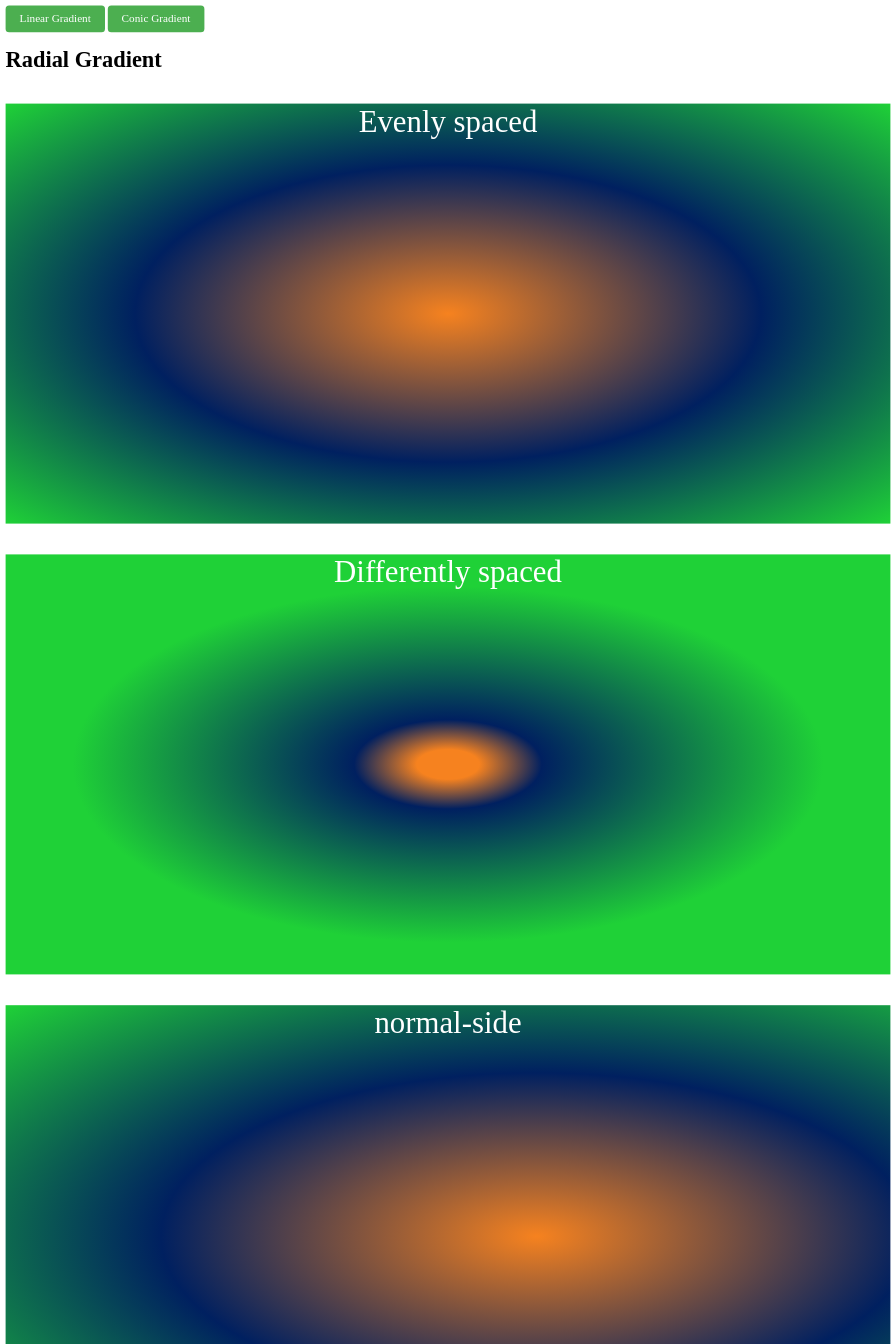
Repository: Pema-yangki/Css
Page: color.html
These files come from the project's save history. The page is drawn as it stood at one moment and after the next save; the edit follows.
The browser window is 1280 px wide. The pictures show the part of the page from y = 0 to 1920 px (the page is 4620 px tall), at 70% of full size.

Above is the page before, as saved 2024-03-27 10:21:12.

After the next save:
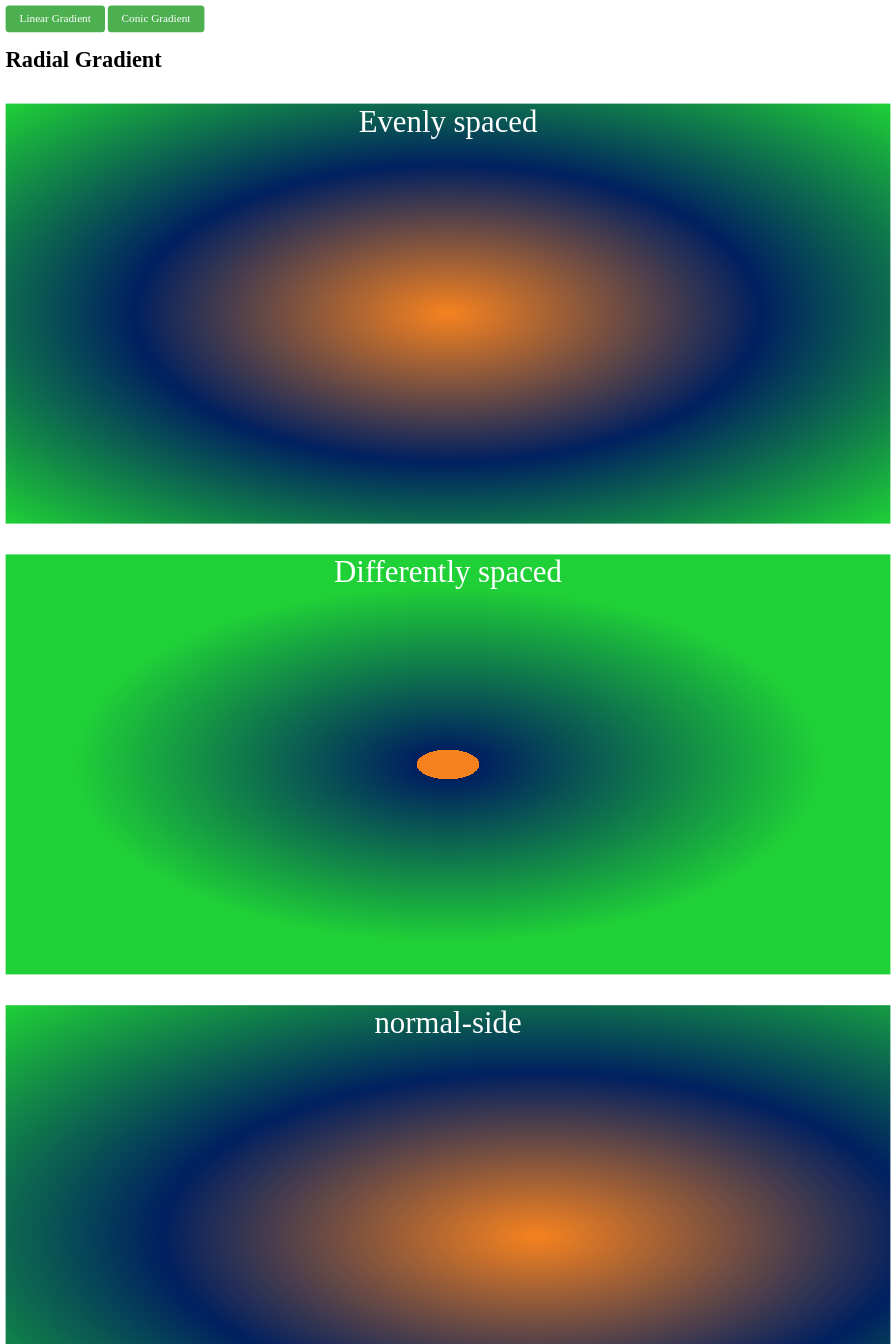
Saved 40 s later.
--- a/color.html
+++ b/color.html
@@ -71,7 +71,7 @@
 }
 .differentlyspaced {
     background-image: radial-gradient(#f6821f
-5%,#002060 15%,#1fd137 60%);
+5%,#002060 5%,#1fd137 60%);
 height: 600px;
 
 }

After the save that followed:
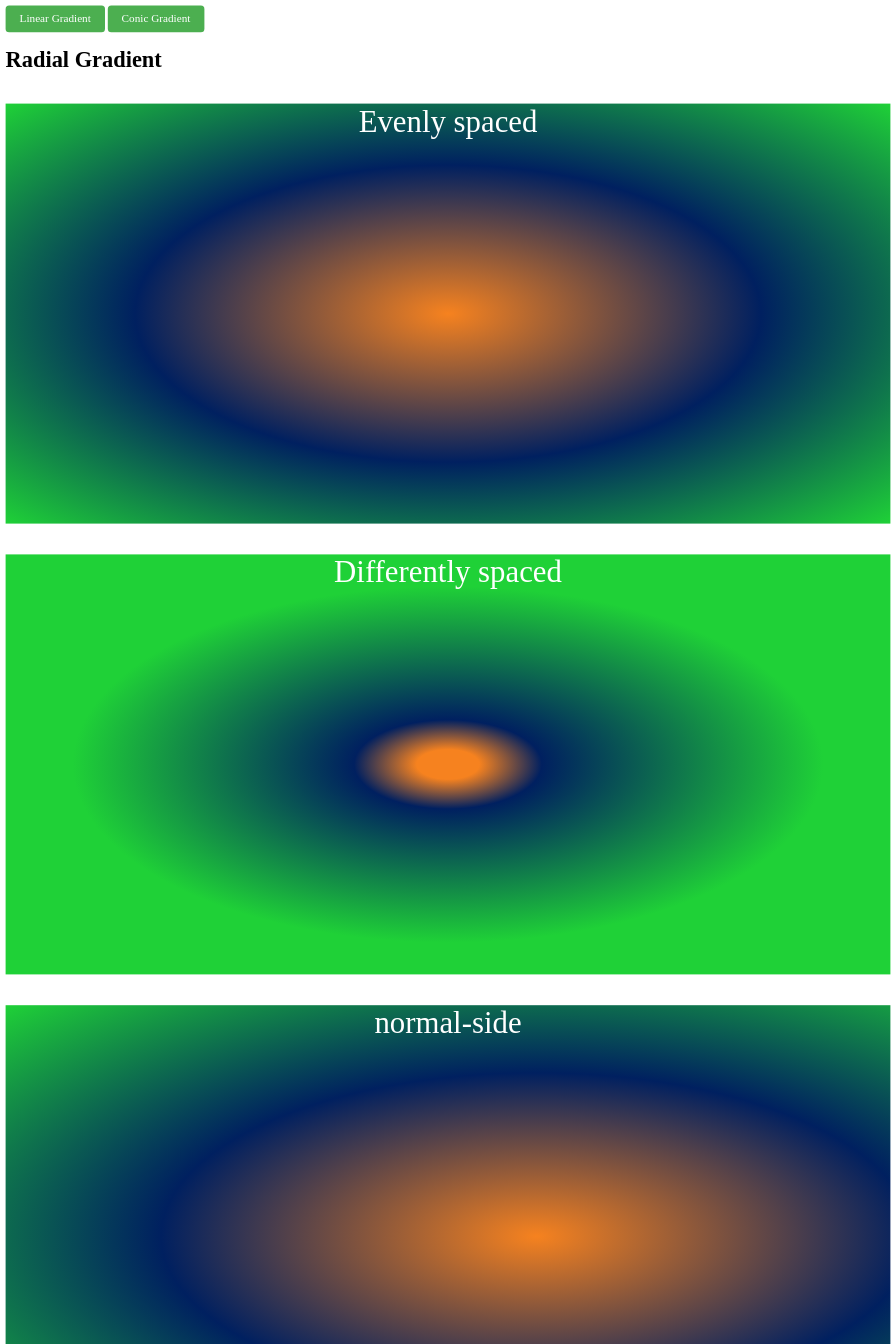
Saved 12 s later.
--- a/color.html
+++ b/color.html
@@ -71,7 +71,7 @@
 }
 .differentlyspaced {
     background-image: radial-gradient(#f6821f
-5%,#002060 5%,#1fd137 60%);
+5%,#002060 15%,#1fd137 60%);
 height: 600px;
 
 }
